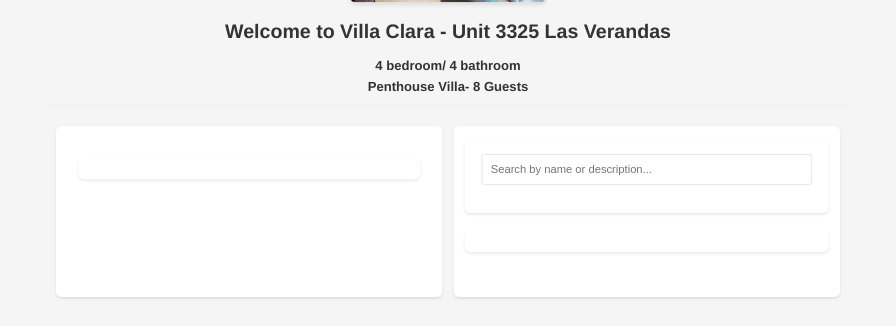
Repository: chvg1968/luxephonebook
Page: public/pages/villaclara.html
An editor plug-in stored every save of this project. The page is shown before and after the next save, followed by the edit.
The browser window is 1280 px wide. The pictures show the part of the page from y = 535 to 2455 px (the page is 1000 px tall before and 33105 px after), at 70% of full size.

Above is the page before, as saved 2025-01-23 22:10:48.

### public/pages/villaclara.html
<!DOCTYPE html>
<html lang="en">
<head>
    <meta charset="UTF-8">
    <meta name="viewport" content="width=device-width, initial-scale=1.0">
    <title>Luxe Properties - Villa Clara</title>
    <link rel="stylesheet" href="/public/assets/styles/main.css">
    <link rel="stylesheet" href="/public/assets/styles/components/accordion.css">
    <link rel="stylesheet" href="/public/assets/styles/components/category-tree.css">
    <link rel="stylesheet" href="/public/assets/styles/components/card.css">
    <link rel="stylesheet" href="https://cdnjs.cloudflare.com/ajax/libs/font-awesome/6.0.0/css/all.min.css">
</head>
<body>
    <div class="container">
        <header class="main-header">
            <div class="logo-container">
                <img src="/public/assets/images/logo.png" alt="Luxe Properties Logo" class="logo">
            </div>
        </header>

        <main>
            <div class="property-welcome">
                <img src="/public/assets/images/properties/villaclara/Villa Clara.jpg" alt="Villa Clara" class="property-image">
                <h1 id="propertyTitle">Welcome to Villa Clara - Unit 3325 Las Verandas</h1>
                <h3>4 bedroom/ 4 bathroom </h3>
                <h3>Penthouse Villa- 8 Guests</h3>
                <a href="/index.html" class="back-to-home">
                    <i class="fas fa-home"></i>
                    <span>Back to home</span>
                </a>
            </div>

            <div class="two-column-layout">
                <!-- Columna de información de la propiedad -->
                <div class="property-column">
                    <div class="property-hero">
                        <div class="property-info">
                            <!-- Property info will be dynamically inserted here -->
                        </div>
                    </div>
                </div>

                <!-- Columna de búsqueda y categorías -->
                <div class="search-column">
                    <section class="search-section">
                        <div class="search-box">
                            <input
                                type="text"
                                id="searchInput"
                                class="search-input"
                                placeholder="Search by name or description..."
                                aria-label="Search contacts"
                            >
                        </div>
                        <div id="stats" class="stats"></div>
                    </section>

                    <!-- Árbol de categorías -->
                    <div id="categoryTree" class="category-tree"></div>

                    <div id="resultsContainer" class="results"></div>
                </div>
            </div>
        </main>
    </div>

    <script type="module" src="/public/js/property.js"></script>
</body>
</html>

### public/assets/styles/components/accordion.css
.accordion {
    width: 100%;
    max-width: 1200px;
    margin: 2rem auto;
}

.accordion-item {
    margin-bottom: 1rem;
    border-radius: 8px;
    overflow: hidden;
    box-shadow: 0 2px 4px rgba(0, 0, 0, 0.1);
}

.accordion-header {
    background-color: #fff;
    padding: 1rem;
    cursor: pointer;
    display: flex;
    align-items: center;
    transition: background-color 0.3s ease;
}

.accordion-header:hover {
    background-color: #f8f9fa;
}

.accordion-header img {
    width: 100px;
    height: 70px;
    object-fit: cover;
    margin-right: 1rem;
    border-radius: 4px;
}

.accordion-header h2 {
    margin: 0;
    font-size: 1.25rem;
    color: #333;
}

.accordion-content {
    max-height: 0;
    overflow: hidden;
    transition: max-height 0.3s ease-out;
    background-color: #fff;
}

.accordion-content.active {
    max-height: 1000px;
}

.property-hero {
    padding: 1rem;
}

.property-info {
    margin-top: 0.75rem;
}

.property-info h3 {
    color: #333;
    margin-bottom: 0.5rem;
}

.info-section {
    margin-bottom: 1rem;
}

.info-section:last-child {
    margin-bottom: 0;
}

.info-section h3 {
    margin-bottom: 0.5rem;
    color: #333;
}

.info-list {
    list-style: none;
    padding: 0;
    margin: 0;
}

.info-list li {
    margin-bottom: 0.5rem;
    line-height: 1.4;
}

.warning {
    color: #dc3545;
    font-weight: bold;
}

.property-welcome {
    text-align: center;
    margin: 0.75rem 0;
    position: relative;
    padding: 0.75rem;
    border-bottom: 1px solid #eee;
}

.property-image {
    width: 280px;
    height: 180px;
    object-fit: cover;
    border-radius: 8px;
    margin-bottom: 0.75rem;
    box-shadow: 0 4px 6px rgba(0, 0, 0, 0.1);
}

.back-to-home {
    display: flex;
    align-items: center;
    justify-content: center;
    gap: 0.5rem;
    color: #666;
    text-decoration: none;
    font-size: 1rem;
    margin-top: 0.75rem;
    transition: color 0.3s ease;
}

.back-to-home:hover {
    color: #333;
}

.back-to-home i {
    font-size: 1.2rem;
}

/* Header styles */
.main-header {
    text-align: center;
    padding: 1rem;
    margin-bottom: 0.75rem;
    border-bottom: 1px solid #eee;
}

.logo-container {
    margin-bottom: 0.75rem;
}

.logo {
    max-width: 180px;
    height: auto;
}

.welcome-title {
    font-size: 2rem;
    color: #333;
    margin-bottom: 0.5rem;
}

.welcome-subtitle {
    font-size: 1.25rem;
    color: #666;
    margin-bottom: 2rem;
}

.two-column-layout {
    display: grid;
    grid-template-columns: 1fr 1fr;
    gap: 1rem;
    padding: 1rem;
    max-width: 1400px;
    margin: 0 auto;
}

.property-column,
.search-column {
    background: #fff;
    padding: 1rem;
    border-radius: 8px;
    box-shadow: 0 2px 4px rgba(0, 0, 0, 0.1);
}

.search-section {
    margin-bottom: 1rem;
}

.search-box {
    display: flex;
    flex-direction: column;
    gap: 0.75rem;
    margin-bottom: 0.75rem;
}

.search-input,
.category-select {
    padding: 0.75rem;
    border: 1px solid #ddd;
    border-radius: 4px;
    font-size: 1rem;
}

.results {
    margin-top: 2rem;
}

#propertyTitle {
    margin-bottom: 0.75rem;
    color: #333;
    font-size: 1.75rem;
}

main {
    padding-top: 0.75rem;
}

@media (max-width: 768px) {
    .two-column-layout {
        grid-template-columns: 1fr;
    }

    .property-column,
    .search-column {
        padding: 1rem;
    }
}

### public/assets/styles/components/category-tree.css
.category-tree {
    background: #fff;
    border-radius: 8px;
    box-shadow: 0 2px 4px rgba(0, 0, 0, 0.1);
    overflow: visible;
    margin-bottom: 1rem;
    position: relative;
    z-index: 20;
    padding: 1rem;
}

.category-item {
    border-bottom: 1px solid #eee;
    position: relative;
}

.category-item:last-child {
    border-bottom: none;
}

.category-header {
    display: flex;
    align-items: center;
    padding: 0.75rem 1rem;
    cursor: pointer;
    transition: all 0.3s ease;
    gap: 0.75rem;
    position: relative;
    background: #fff;
    z-index: 2;
}

.category-header:hover {
    background-color: #f8f9fa;
}

.category-header i:first-child {
    width: 20px;
    text-align: center;
    color: #666;
}

.category-header span {
    flex: 1;
    font-weight: 500;
    color: #333;
}

.category-header .fa-chevron-down {
    font-size: 0.75rem;
    color: #999;
    transition: transform 0.3s ease;
}

.category-header .fa-chevron-down.rotated {
    transform: rotate(180deg);
}

.subcategories {
    max-height: 0;
    overflow: hidden;
    transition: max-height 0.3s ease-out;
    background: #f8f9fa;
}

.subcategories.expanded {
    max-height: 500px; /* Ajustar según sea necesario */
}

.subcategory-item {
    display: flex;
    align-items: center;
    padding: 0.5rem 1rem 0.5rem 2.5rem;
    cursor: pointer;
    gap: 0.75rem;
    transition: background-color 0.2s ease;
}

.subcategory-item:hover {
    background-color: #edf2f7;
}

.subcategory-item i {
    width: 20px;
    text-align: center;
    color: #666;
}

.subcategory-item span {
    flex: 1;
    color: #4a5568;
}

/* Estilos para elementos seleccionados */
.category-header.selected,
.subcategory-item.selected {
    background-color: #e2e8f0;
    font-weight: 600;
}

.category-header.selected i,
.subcategory-item.selected i {
    color: #2b6cb0;
}

/* Animaciones */
.category-header,
.subcategory-item {
    position: relative;
    overflow: hidden;
}

.category-header::after,
.subcategory-item::after {
    content: '';
    position: absolute;
    left: 0;
    top: 0;
    height: 100%;
    width: 0;
    background: rgba(66, 153, 225, 0.1);
    transition: width 0.3s ease;
}

.category-header:hover::after,
.subcategory-item:hover::after {
    width: 100%;
}

/* Responsividad */
@media (max-width: 768px) {
    .category-tree {
        margin: 0.5rem;
        padding: 0.5rem;
    }

    .category-header,
    .subcategory-item {
        padding: 0.5rem;
    }

    .subcategory-item {
        padding-left: 2rem;
    }
}

### public/assets/styles/components/card.css
/* card.css */
.card {
    background: #fff;
    border-radius: 8px;
    box-shadow: 0 2px 4px rgba(0, 0, 0, 0.1);
    margin-bottom: 1rem;
    transition: transform 0.2s ease, box-shadow 0.2s ease;
}

.card:hover {
    transform: translateY(-2px);
    box-shadow: 0 4px 8px rgba(0, 0, 0, 0.15);
}

.card-header {
    padding: 1rem;
    border-bottom: 1px solid #eee;
}

.card-header h3 {
    margin: 0;
    color: #2d3748;
    font-size: 1.1rem;
    font-weight: 600;
}

.card-body {
    padding: 1rem;
}

.contact-info {
    display: flex;
    align-items: center;
    margin-bottom: 0.5rem;
    gap: 0.5rem;
}

.contact-info i {
    color: #4a5568;
    width: 20px;
    text-align: center;
}

.contact-info a {
    color: #4299e1;
    text-decoration: none;
    transition: color 0.2s ease;
}

.contact-info a:hover {
    color: #2b6cb0;
    text-decoration: underline;
}

.description {
    margin-top: 0.75rem;
    color: #4a5568;
    font-size: 0.9rem;
    line-height: 1.4;
}

.tags {
    display: flex;
    flex-wrap: wrap;
    gap: 0.5rem;
    margin-top: 0.75rem;
}

.tag {
    font-size: 0.8rem;
    padding: 0.25rem 0.5rem;
    border-radius: 4px;
    background: #edf2f7;
    color: #4a5568;
}

.tag.category {
    background: #ebf4ff;
    color: #2b6cb0;
}

.tag.section {
    background: #f0fff4;
    color: #2f855a;
}

/* Responsive styles */
@media (max-width: 768px) {
    .card {
        margin: 0.5rem;
    }

    .card-header h3 {
        font-size: 1rem;
    }

    .contact-info {
        font-size: 0.9rem;
    }
}

/* search.css */
.search-section {
    background-color: var(--card-background);
    padding: var(--spacing-lg);
    border-radius: var(--border-radius);
    margin-bottom: var(--spacing-lg);
    box-shadow: var(--shadow-sm);
}

.search-box {
    display: flex;
    gap: var(--spacing-md);
    margin-bottom: var(--spacing-md);
}

/* header.css */
header {
    background-color: transparent;
    padding: var(--spacing-md);
    text-align: center;
    margin-bottom: var(--spacing-lg);
}

### public/js/property.js
import { Card } from "./components/Card.js";
import { SearchBar } from "./components/SearchBar.js";
import { CategoryTree } from "./components/CategoryTree.js";
import { ScrollToTop } from "./components/ScrollToTop.js";
import { filterContacts } from "./utils/filters.js";

class PropertyPage {
  constructor() {
    this.state = {
      contacts: [],
      filters: {
        searchTerm: "",
        category: ""
      }
    };

    this.elements = {
      resultsContainer: document.getElementById("resultsContainer"),
      resultsCount: document.getElementById("stats"),
      searchInput: document.getElementById("searchInput"),
      propertyInfo: document.querySelector(".property-info"),
      categoryTree: document.getElementById("categoryTree")
    };

    this.loadData();
  }

  async loadData() {
    try {
      const response = await fetch("/public/js/data/contacts.js");
      const contactsText = await response.text();
      this.state.contacts = JSON.parse(contactsText);

      this.initializeComponents();

      this.setupPropertyInfo();
      this.updateResults();
    } catch (error) {
      console.error("Error loading data:", error);
    }
  }

  initializeComponents() {
    if (this.elements.searchInput) {
      this.searchBar = new SearchBar((searchTerm) => {
        this.state.filters.searchTerm = searchTerm;
        this.updateResults();
      });
    }

    if (this.elements.categoryTree) {
      this.categoryTree = new CategoryTree("categoryTree");
      this.categoryTree.onSelect((category) => {
        console.log("Category selected:", category);
        this.state.filters.category = category;
        this.updateResults();
      });
      this.categoryTree.render();
    }

    new ScrollToTop();
  }

  updateResults() {
    const filteredContacts = filterContacts(this.state.contacts, {
      searchTerm: this.state.filters.searchTerm,
      category: this.state.filters.category
    });

    if (this.elements.resultsCount) {
      const statsText = filteredContacts.length === 1
        ? "1 contact found"
        : `${filteredContacts.length} contacts found`;
      this.elements.resultsCount.textContent = statsText;
    }

    if (this.elements.resultsContainer) {
      this.elements.resultsContainer.innerHTML = "";
      filteredContacts.forEach(contact => {
        const card = new Card(contact);
        this.elements.resultsContainer.appendChild(card.render());
      });
    }
  }

  setupPropertyInfo() {
    if (this.elements.propertyInfo) {
      this.elements.propertyInfo.innerHTML = `
        <div class="info-section">
            <h2>Property Information</h2>
            <div class="info-group">
                <h3>Wifi Information</h3>
                <ul class="info-list">
                    <li>Villa Network Name: Villa_Clara</li>
                    <li>Villa Password: Bahia$325</li>
                    <li>Resort Network: Bahia Beach Resort</li>
                    <li>Resort Password: welcomeHome (Note: The H in Home is capitalized)</li>
                </ul>
            </div>

            <div class="info-group">
                <h3>Parking Information</h3>
                <ul class="info-list">
                    <li>Parking spots: 84, 85, 86</li>
                    <li>Golf cart spot: G-25</li>
                    <li>Cart Number: 119</li>
                    <li>This cart doesn't require keys</li>
                </ul>
            </div>

            <div class="info-group">
                <h3>Important Villa Information</h3>
                <ul class="info-list">
                    <li>Trash disposal room is the furthest closet away from the unit after the elevator</li>
                    <li>The THERMOSTATS to regulate the 3 A/C units' temperature:
                        <ul>
                            <li>At the entrance behind the main door</li>
                            <li>Closet on the right hall after foyer</li>
                            <li>Closet inside the laundry room</li>
                        </ul>
                    </li>
                    <li>Turn the gas off after using the grill</li>
                    <li>Lock the terrace door when not at the villa. The door can occasionally open from the airflow</li>
                </ul>
            </div>

            <div class="info-group warning">
                <h3>St. Regis Hotel Note</h3>
                <p>PLEASE NOTE THAT FOR ALL RESIDENCES AT BAHIA BEACH RESORT, THE ST. REGIS' POOL AREA IS UNAVAILABLE AND THE RESTAURANT RESTRICTS RESERVATIONS WHEN THE HOTEL HAS HIGH OCCUPANCY.</p>
                <p>YOU WILL STILL HAVE FULL ACCESS TO THREE OTHER BEAUTIFUL AND MORE EXCLUSIVE MEMBERS' POOLS (TWO WITH FULL SERVICE), BEACHES AND RESTAURANTS ESPECIALLY DEDICATED FOR MEMBERS AND RESIDENTS.</p>
            </div>
        </div>
      `;
    }
  }
}

document.addEventListener('DOMContentLoaded', () => {
  new PropertyPage();
});

Loaded but not shown: public/js/data/contacts.js (1094 lines, source omitted); public/js/components/CategoryTree.js (175 lines, source omitted); public/js/data/categories.js (172 lines, source omitted); public/js/components/Card.js (133 lines, source omitted); public/js/utils/filters.js (80 lines, source omitted); public/js/components/ScrollToTop.js (92 lines, source omitted); public/js/components/SearchBar.js (38 lines, source omitted); public/assets/styles/main.css (410 lines, source omitted)

After the next save:
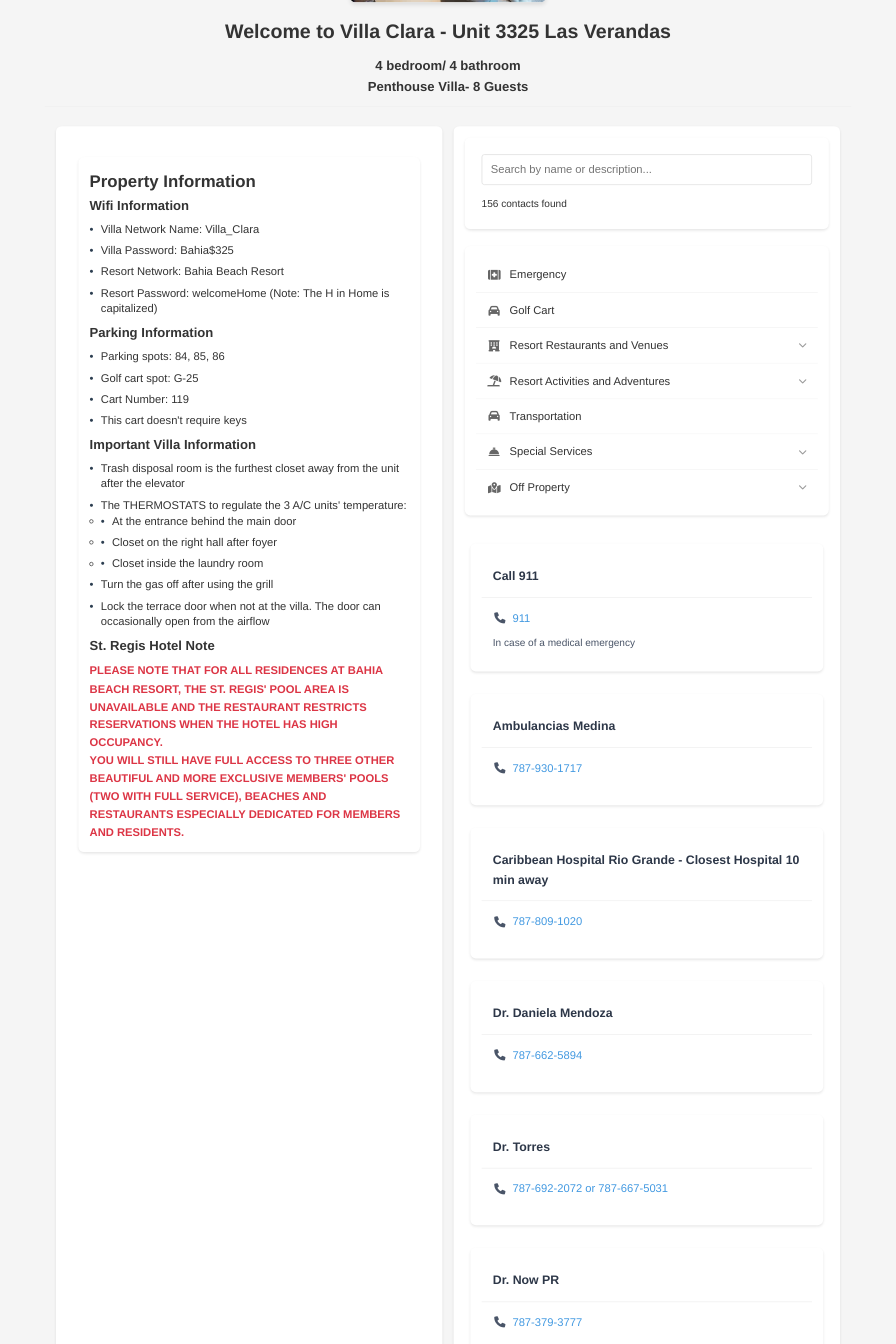
Saved 3 min 32 s later.
--- a/public/js/property.js
+++ b/public/js/property.js
@@ -3,17 +3,11 @@
 import { CategoryTree } from "./components/CategoryTree.js";
 import { ScrollToTop } from "./components/ScrollToTop.js";
 import { filterContacts } from "./utils/filters.js";
+import { contacts } from "./data/contacts.js";
 
 class PropertyPage {
   constructor() {
-    this.state = {
-      contacts: [],
-      filters: {
-        searchTerm: "",
-        category: ""
-      }
-    };
-
+    // Inicializar elementos del DOM
     this.elements = {
       resultsContainer: document.getElementById("resultsContainer"),
       resultsCount: document.getElementById("stats"),
@@ -22,25 +16,25 @@
       categoryTree: document.getElementById("categoryTree")
     };
 
-    this.loadData();
-  }
+    // Estado de la aplicación
+    this.state = {
+      contacts: contacts, // Usar los contactos importados directamente
+      filters: {
+        searchTerm: "",
+        category: ""
+      }
+    };
 
-  async loadData() {
-    try {
-      const response = await fetch("/public/js/data/contacts.js");
-      const contactsText = await response.text();
-      this.state.contacts = JSON.parse(contactsText);
+    // Inicializar componentes
+    this.initializeComponents();
 
-      this.initializeComponents();
-
-      this.setupPropertyInfo();
-      this.updateResults();
-    } catch (error) {
-      console.error("Error loading data:", error);
-    }
+    // Configurar la página
+    this.setupPropertyInfo();
+    this.updateResults();
   }
 
   initializeComponents() {
+    // Inicializar barra de búsqueda
     if (this.elements.searchInput) {
       this.searchBar = new SearchBar((searchTerm) => {
         this.state.filters.searchTerm = searchTerm;
@@ -48,6 +42,7 @@
       });
     }
 
+    // Inicializar árbol de categorías
     if (this.elements.categoryTree) {
       this.categoryTree = new CategoryTree("categoryTree");
       this.categoryTree.onSelect((category) => {
@@ -58,6 +53,7 @@
       this.categoryTree.render();
     }
 
+    // Inicializar scroll to top
     new ScrollToTop();
   }
 
@@ -67,6 +63,7 @@
       category: this.state.filters.category
     });
 
+    // Actualizar contador
     if (this.elements.resultsCount) {
       const statsText = filteredContacts.length === 1
         ? "1 contact found"
@@ -74,6 +71,7 @@
       this.elements.resultsCount.textContent = statsText;
     }
 
+    // Mostrar resultados
     if (this.elements.resultsContainer) {
       this.elements.resultsContainer.innerHTML = "";
       filteredContacts.forEach(contact => {
@@ -135,6 +133,7 @@
   }
 }
 
+// Inicializar cuando el DOM esté listo
 document.addEventListener('DOMContentLoaded', () => {
   new PropertyPage();
 });
